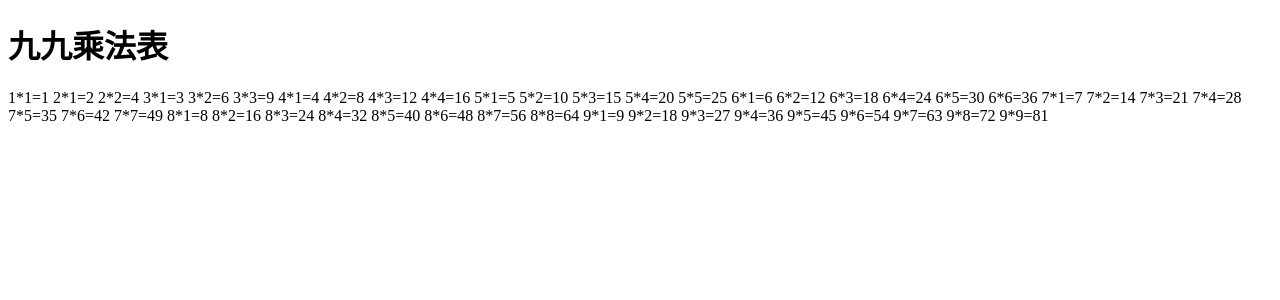
Repository: Zendq1998/jdbc
Page: http://localhost/webroot/exercise.jsp
An editor plug-in stored every save of this project. The page is shown before and after the next save, followed by the edit.
The browser window is 1280 px wide. The pictures show the whole page.
The page is served by Tomcat 9. Nobody is signed in. The application's start-up code is not run.

Above is the page before, as saved 2018-04-19 10:44:16.

After the next save:
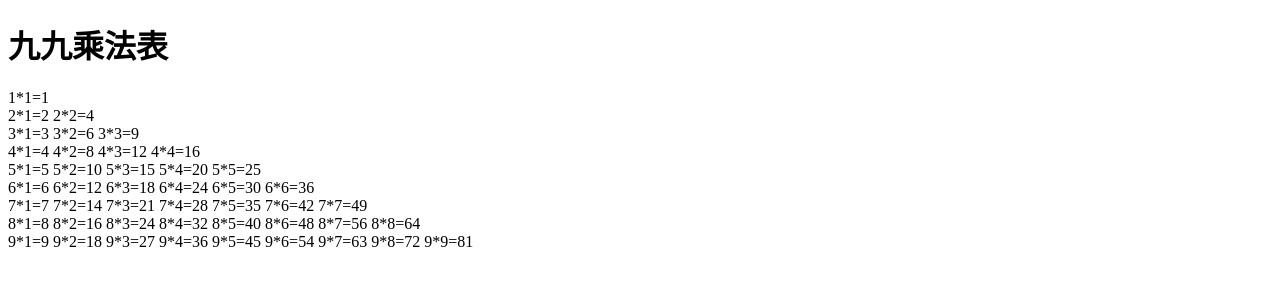
Saved 88 s later.
--- a/webroot/WebContent/exercise.jsp
+++ b/webroot/WebContent/exercise.jsp
@@ -14,7 +14,7 @@
 				for(int j=1;j<=i;j++) {
 					s += i+"*"+j+"="+(i*j)+" ";
 				}
-				s += "\n";
+				s += "<br>";
 			}
 			return s;
 		}
